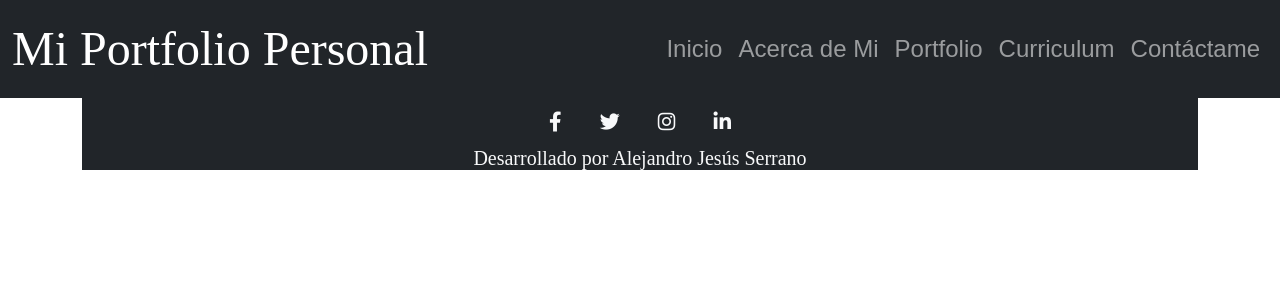
Repository: AlejandroJesusSerrano/portfolio
Page: portfolio/core/templates/core/base.html
The author's editor kept a copy of each file at every save. The page is drawn from the files as they stood at one save, then again after the next save.
The browser window is 1280 px wide. The pictures show the whole page.
Some web fonts or font styles are not loaded; a fallback is used. The template is drawn by Django 4.2. The application's start-up code is not run. Other server files are loaded and not shown. The template is opened directly, without the code that normally fills it, so the values that code supplies are empty.

Above is the page before, as saved 2023-09-06 08:36:43.

### portfolio/core/templates/core/base.html
{% load static %}

<!DOCTYPE html>
<html lang="en">

<head>
  <meta charset="UTF-8">
  <meta name="viewport" content="width=device-width, initial-scale=1.0">
  <link rel="stylesheet" href={% static 'lib/bootstrap-5.2/css/bootstrap.min.css' %}>
  <link rel="stylesheet" href={% static 'lib/fontawesome-6.4.2/css/all.min.css' %}>
  <link rel="stylesheet" href={% static 'css/styles.css' %}>
  <title>Portafolio Personal - {% block title %} {% endblock title %}</title>
</head>

<body>
  <!-- HEADER -->
  <nav class="navbar navbar-expand-lg navbar-dark bg-dark">
    <div class="container-fluid">
      <a class="navbar-brand brand" href={% url 'home' %}>Mi Portfolio Personal</a>
      <button class="navbar-toggler" type="button" data-bs-toggle="collapse" data-bs-target="#navbarNav"
        aria-controls="navbarNav" aria-expanded="false" aria-label="Toggle navigation">
        <span class="navbar-toggler-icon"></span>
      </button>
      <div class="collapse navbar-collapse" id="navbarNav">
        <ul class="navbar-nav nav_menu ms-auto">
          <li class="nav-item">
            <a class="nav-link" aria-current="page" href={% url 'home' %}>Inicio</a>
          </li>
          <li class="nav-item">
            <a class="nav-link" href={% url 'about' %}>Acerca de Mi</a>
          </li>
          <li class="nav-item">
            <a class="nav-link" href={% url 'portfolio' %}>Portfolio</a>
          </li>
          <li class="nav-item">
            <a class="nav-link" href={% url 'curriculum' %}>Curriculum</a>
          </li>
          <li class="nav-item">
            <a class="nav-link" href={% url 'contact' %}>Contáctame</a>
          </li>
        </ul>
      </div>
    </div>
  </nav>

  <!-- CONTENT - Template Tags -->

  {% block content %} {%endblock content%}

  <div class="container mb-0 col-12">
    <footer class="bg-dark text-center text-light">
      <section class="mb-4">
        <div class="container">
          <a class="btn btn-link btn-floating btn-lg text-light" href="#" role="button">
            <i class="fab fa-facebook-f"></i>
          </a>
          <a class="btn btn-link btn-floating btn-lg text-light" href="#" role="button">
            <i class="fab fa-twitter"></i>
          </a>
          <a class="btn btn-link btn-floating btn-lg text-light" href="#" role="button">
            <i class="fab fa-instagram"></i>
          </a>
          <a class="btn btn-link btn-floating btn-lg text-light" href="#" role="button">
            <i class="fab fa-linkedin-in"></i>
          </a>
        </div>
        <div class="container">
          <div class="mb-2">
            <h5 class="develop">Desarrollado por Alejandro Jesús Serrano</h5>
          </div>
        </div>
      </section>
    </footer>
  </div>
  <!-- End of .container -->

  <script src={% static 'lib/bootstrap-5.2/js/bootstrap.min.js' %}></script>
  <script src={% static 'lib/fontawesome-6.4.2/js/all.min.js' %}></script>
</body>

</html>

### portfolio/static/css/styles.css
@import url("https://fonts.googleapis.com/css2?family=Arima:wght@500;700&family=Average+Sans&family=Mulish:ital,wght@0,400;0,500;0,700;1,400;1,500;1,700&display=swap");

* {
  margin: 0;
  padding: 0;
  box-sizing: border-box;
}

.brand {
  font-family: "Arima", cursive;
  font-size: 3rem;
}

.nav_menu {
  font-family: "Average Sans", sans-serif;
  font-size: 1.5rem;
}

.develop {
  margin-bottom: 40px;
  font-family: "Arima", cursive;
  font-size: 1.25rem;
}

Loaded but not shown: portfolio/static/lib/bootstrap-5.2/css/bootstrap.min.css (library); portfolio/static/lib/fontawesome-6.4.2/css/all.min.css (library); portfolio/static/lib/bootstrap-5.2/js/bootstrap.min.js (library)

After the next save:
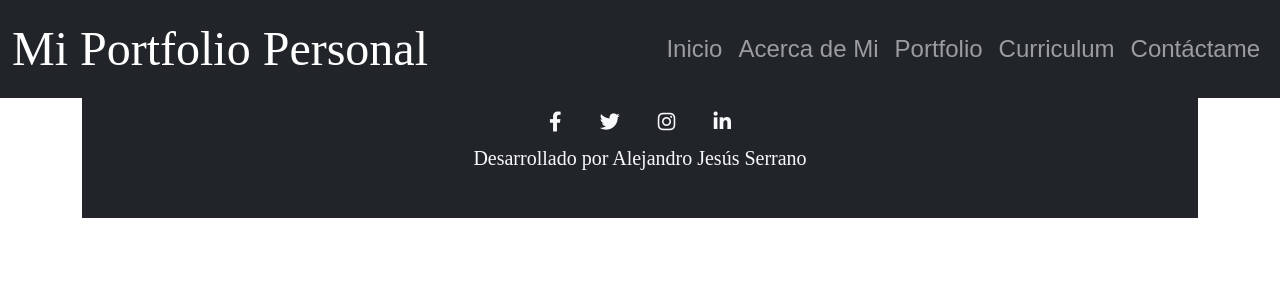
Saved 15 s later.
--- a/portfolio/core/templates/core/base.html
+++ b/portfolio/core/templates/core/base.html
@@ -65,7 +65,7 @@
           </a>
         </div>
         <div class="container">
-          <div class="mb-2">
+          <div class="mb-2 pb-2">
             <h5 class="develop">Desarrollado por Alejandro Jesús Serrano</h5>
           </div>
         </div>
